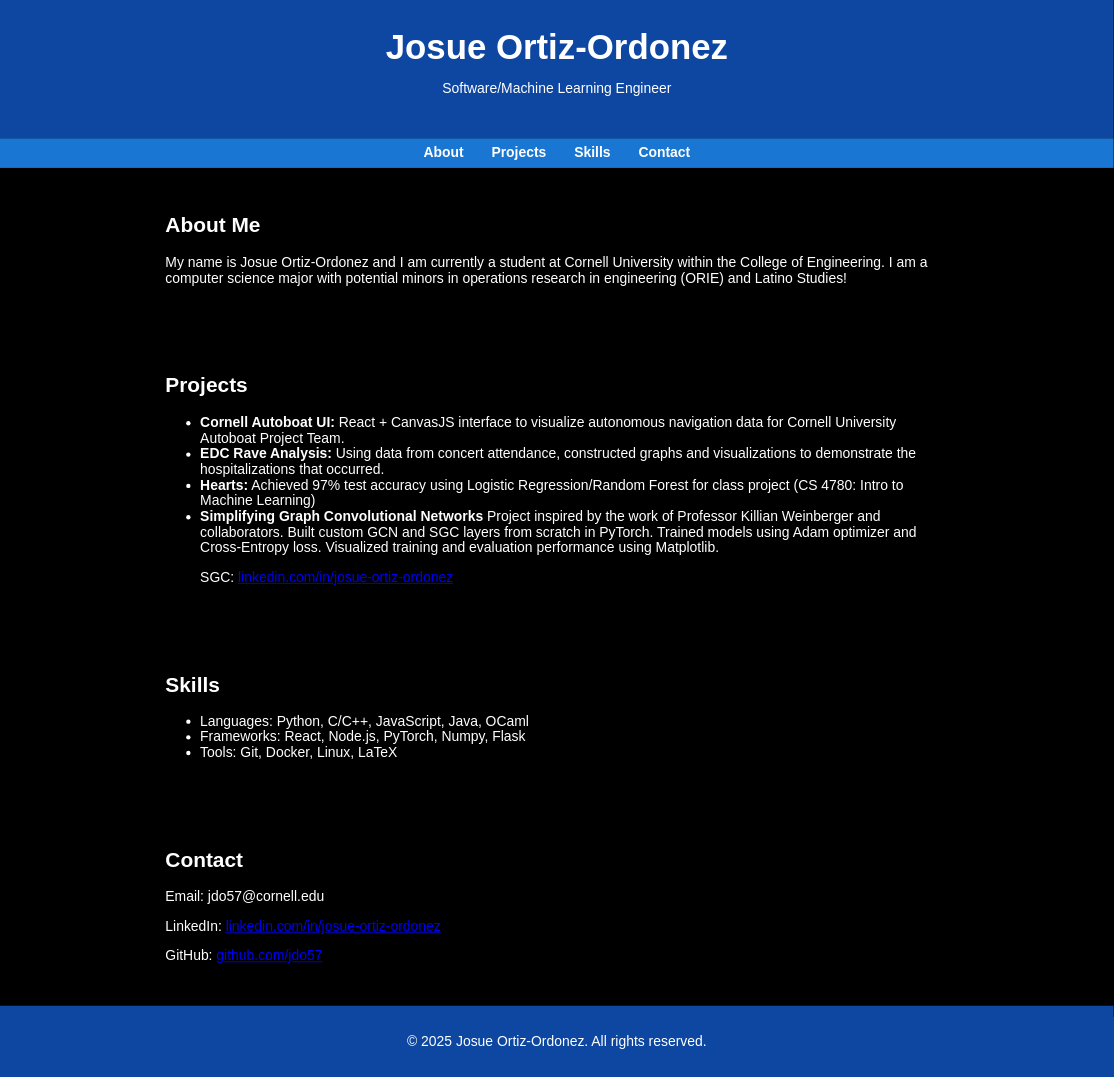
Repository: jdo57/Website
Page: index.html
The author's editor kept a copy of each file at every save. The page is drawn from the files as they stood at one save, then again after the next save.
The browser window is 1280 px wide. The pictures show the whole page, at 87% of full size.

Above is the page before, as saved 2025-05-26 16:08:56.

After the next save:
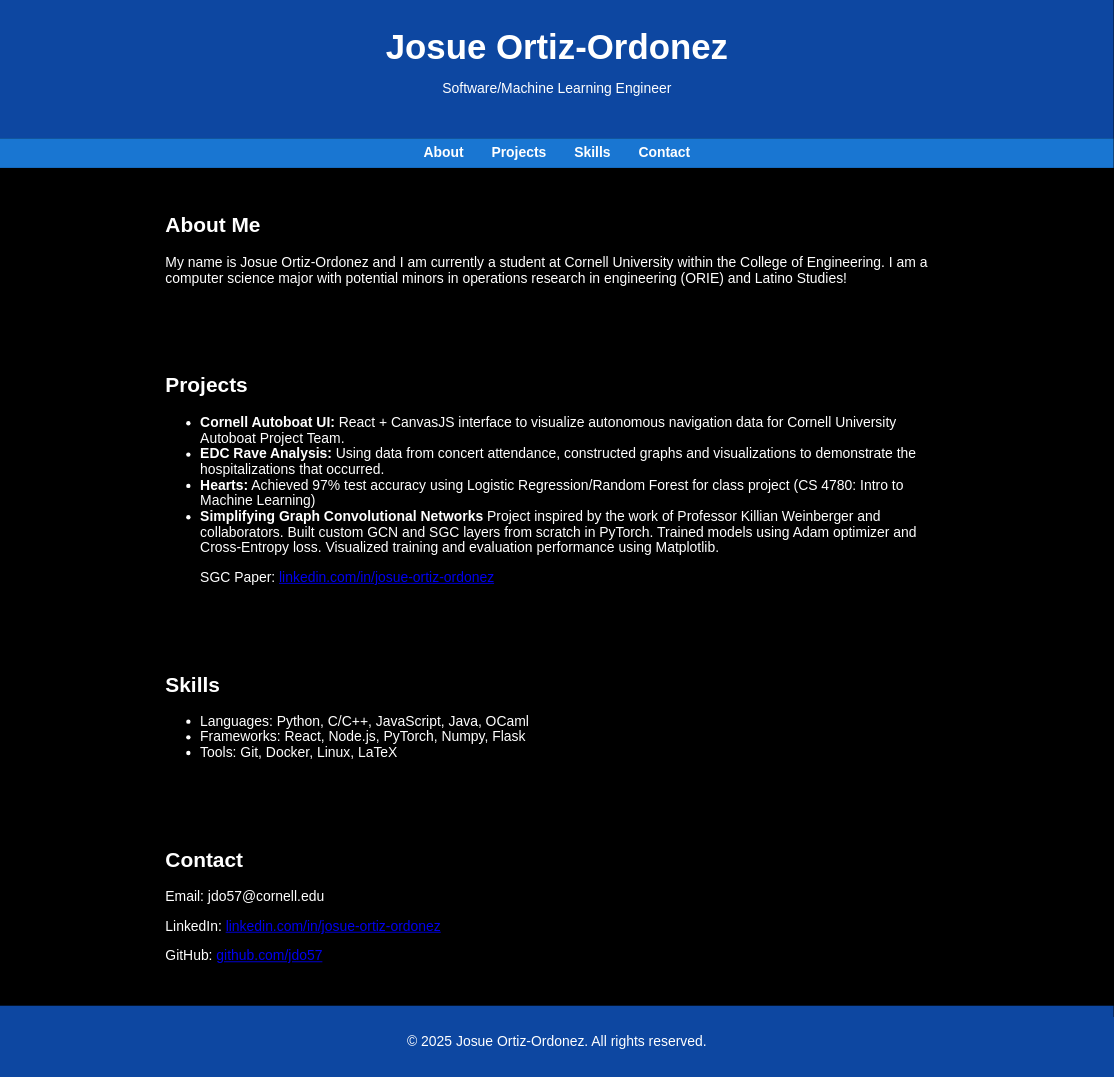
Saved 10 s later.
--- a/index.html
+++ b/index.html
@@ -97,7 +97,7 @@
         Project inspired by the work of Professor Killian Weinberger and collaborators.
         Built custom GCN and SGC layers from scratch in PyTorch. Trained models using Adam optimizer and Cross-Entropy loss.
         Visualized training and evaluation performance using Matplotlib.
-        <p>SGC: <a href="https://www.linkedin.com/in/josue-ortiz-ordonez/" target="_blank">linkedin.com/in/josue-ortiz-ordonez</a></p></li>
+        <p>SGC Paper: <a href="https://www.linkedin.com/in/josue-ortiz-ordonez/" target="_blank">linkedin.com/in/josue-ortiz-ordonez</a></p></li>
 
     </ul>
   </section>
